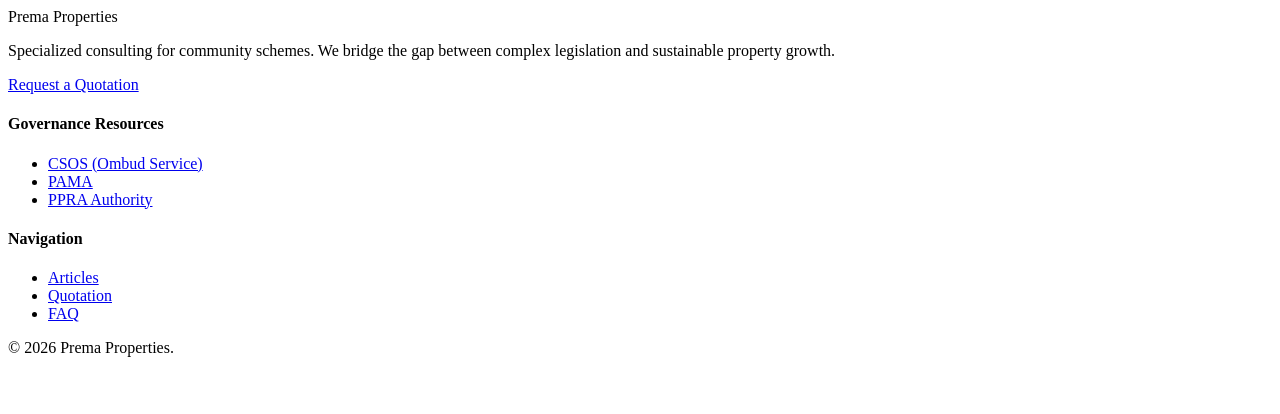
Repository: mnqobiMenzi/Prema-Properties
Page: footer.html
The author's editor kept a copy of each file at every save. The page is drawn from the files as they stood at one save, then again after the next save.
The browser window is 1280 px wide. The pictures show the whole page.

Above is the page before, as saved 2026-02-08 10:42:43.

After the next save:
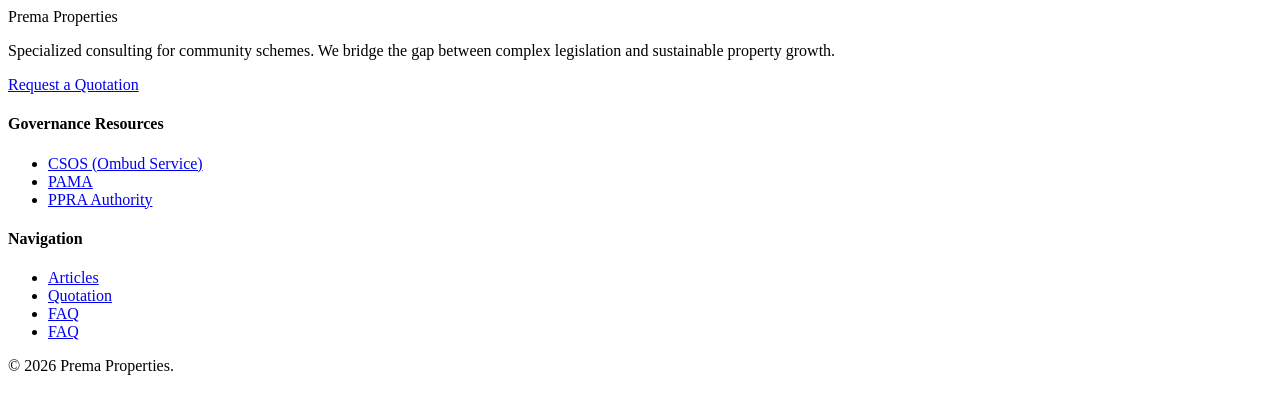
Saved 19 s later.
--- a/footer.html
+++ b/footer.html
@@ -29,6 +29,7 @@
         <li><a href="articles.html">Articles</a></li>
         <li><a href="quote.html">Quotation</a></li>
         <li><a href="FAQ.html">FAQ</a></li>
+        <li><a href="FAQ.html">FAQ</a></li>
       </ul>
     </div>
   </div>
